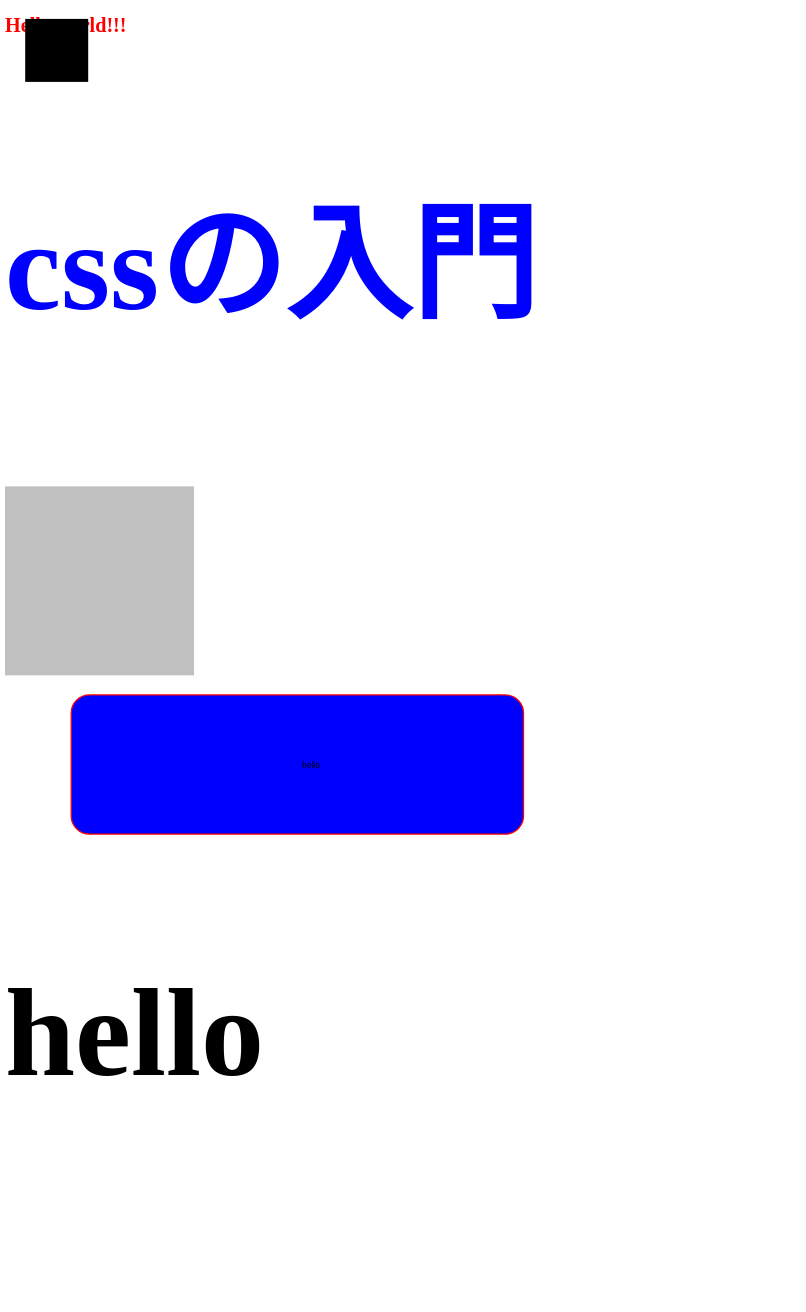
Repository: takahiro0808/kadai2
Page: html/index.html
The author's editor kept a record of every edit. The page is drawn from the files as they stood at one moment, then again after the next edit.
The browser window is 1280 px wide. The pictures show the whole page, at 63% of full size.

Above is the page before.

### html/index.html
<!DOCTYPE html>
<html lang="ja">
    <head>
        <meta charset="utf-8">
        <title> Tech Boost </title>
        <link rel="stylesheet" href="css/style.css">
    </head>
    <body>
        <h1 id="title">Hello world!!!</h1>
        <p class="description">cssの入門</p>
    </body>
　　　         <div class="box1"></div>
　　　            <div class="box2"></div>
　　　         <button>
　　　             hello
　　　         </button>
　　　            <p>hello </p>

　　　            <div class="box3">
　　　                 </div>

　　　                <div class="box4">
　　　                </div>

</html>

### html/css/style.css
         #title {
             color : red;
         }

         .description {
             color : blue;
         }

              .box1 {
               background-color: silver;
               width: 300px;
               height: 300px;
               margin-bottom: 30px;
              }

              .box2 {
              background-color: red;
              width: 300px;
              height: 300px;
              }

              button {
                  background-color: blue;
                  padding:100px 300px;
                  border:2px solid red;
                  border-radius:30px;
              }
              p {
                  font-size:200px;
                  font-weight:bold;
                  font-family:'alial';
              }

              .box {
                  background-color:silver;
                  width:300px;
                  height:300px;
              }

              .box2 {
                  background-color:black;
                  width:100px;
                  height:100px;
                  position:absolute;
                  top:30px;
                  left:40px;
              }

              span {
                  display:block;
                  font-size:30px;
              }

After the next edit:
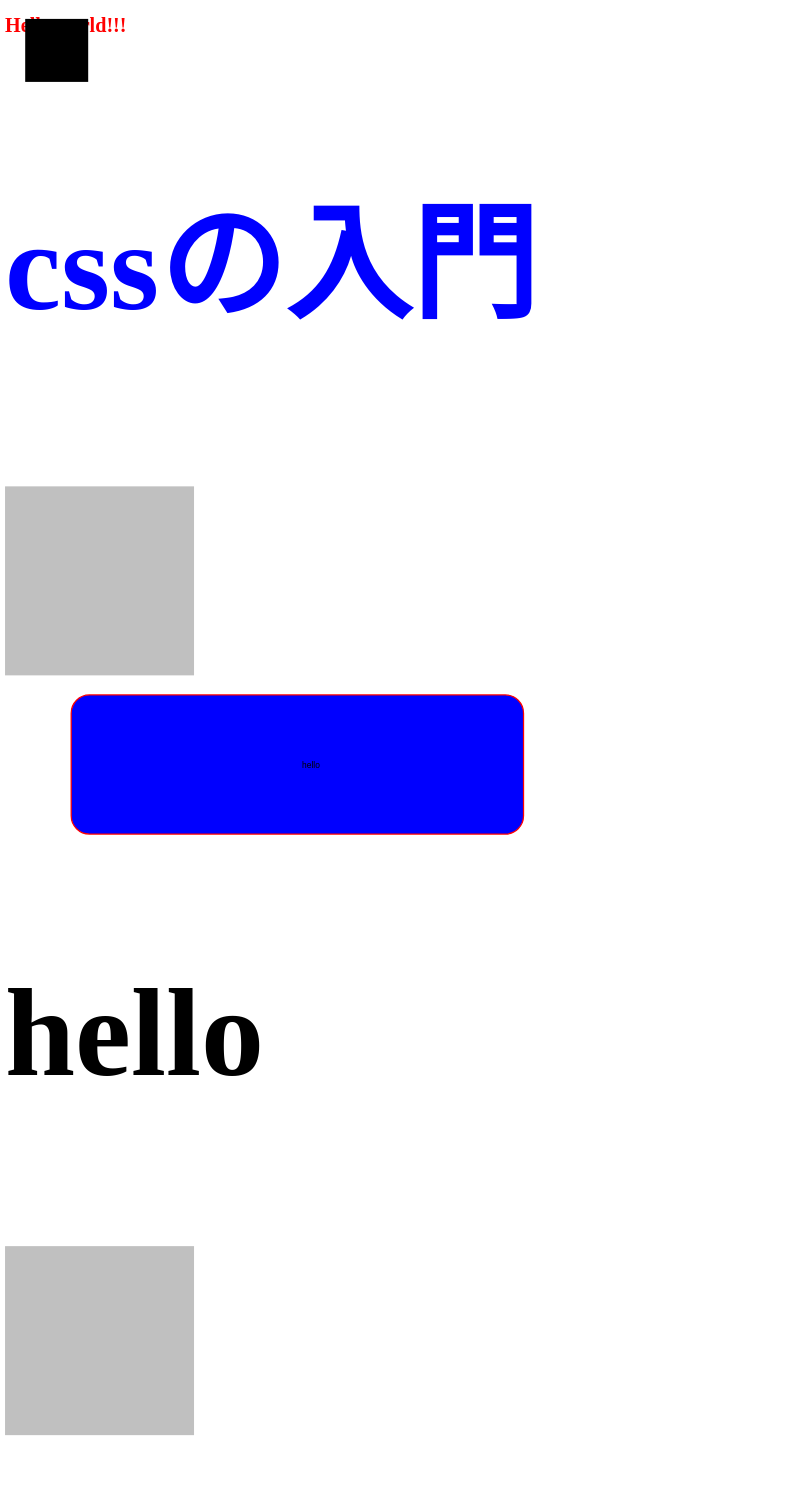
The edit:
--- a/html/css/style.css
+++ b/html/css/style.css
@@ -31,7 +31,7 @@
                   font-family:'alial';
               }
 
-              .box {
+              .box3 {
                   background-color:silver;
                   width:300px;
                   height:300px;
